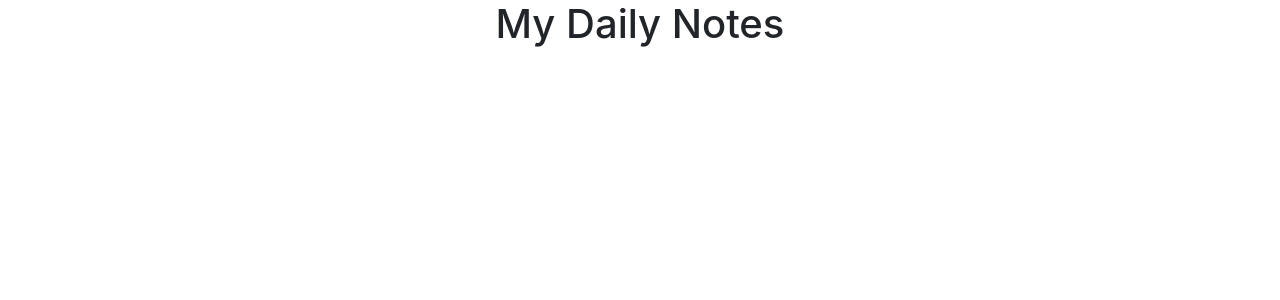
Repository: alphacode77/DailyNotes-react
Page: /about
An editor plug-in stored every save of this project. The page is shown before and after the next save, followed by the edit.
The browser window is 1280 px wide. The pictures show the whole page.
The project was rebuilt for these pictures with package versions that can differ from the ones it lists, and the page was loaded fresh each time.

Above is the page before, as saved 2023-02-21 16:27:25.

### src/App.js

import './App.css';

function App() {
  return (
    <div className="App">

      <h1>My Daily Notes</h1>
    </div>
  );
}

export default App;

### src/Navbar.js
import React, { Component } from 'react'

export default class Navbar extends Component {
  render() {
    return (
     <>
     <nav className="navbar navbar-expand-lg bg-body-tertiary">
  <div className="container-fluid">
    <a className="navbar-brand" href="#">Navbar</a>
    <button className="navbar-toggler" type="button" data-bs-toggle="collapse" data-bs-target="#navbarSupportedContent" aria-controls="navbarSupportedContent" aria-expanded="false" aria-label="Toggle navigation">
      <span className="navbar-toggler-icon"></span>
    </button>
    <div className="collapse navbar-collapse" id="navbarSupportedContent">
      <ul className="navbar-nav me-auto mb-2 mb-lg-0">
        <li className="nav-item">
          <a className="nav-link active" aria-current="page" href="#">Home</a>
        </li>
        <li className="nav-item">
          <a className="nav-link" href="#">Link</a>
        </li>
        <li className="nav-item dropdown">
          <a className="nav-link dropdown-toggle" href="#" role="button" data-bs-toggle="dropdown" aria-expanded="false">
            Dropdown
          </a>
          <ul className="dropdown-menu">
            <li><a className="dropdown-item" href="#">Action</a></li>
            <li><a className="dropdown-item" href="#">Another action</a></li>
            <li><hr className="dropdown-divider"/></li>
            <li><a className="dropdown-item" href="#">Something else here</a></li>
          </ul>
        </li>
        <li className="nav-item">
          <a className="nav-link disabled">Disabled</a>
        </li>
      </ul>
      <form className="d-flex" role="search">
        <input className="form-control me-2" type="search" placeholder="Search" aria-label="Search"/>
        <button className="btn btn-outline-success" type="submit">Search</button>
      </form>
    </div>
  </div>
</nav>
     </>
    )
  }
}

Loaded but not shown: public/index.html (common file); src/index.js (common file); src/index.css (common file); src/App.css (common file)

After the next save:
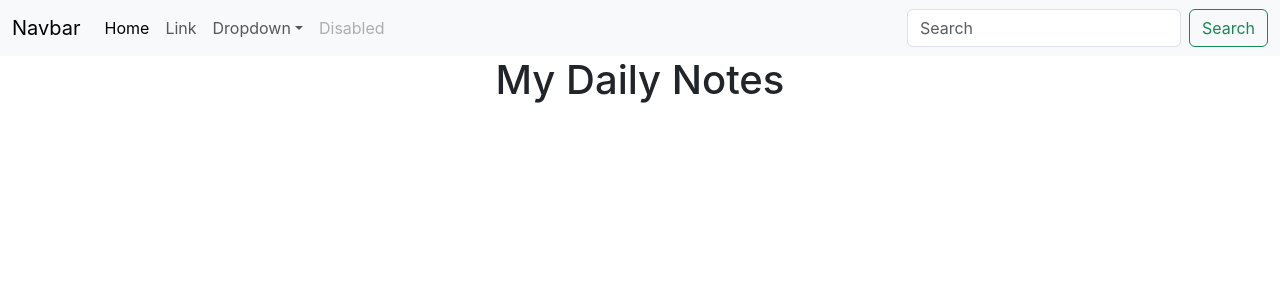
Saved 24 s later.
--- a/src/App.js
+++ b/src/App.js
@@ -1,10 +1,11 @@
 
 import './App.css';
+import Navbar from './Navbar';
 
 function App() {
   return (
     <div className="App">
-
+      <Navbar/>
       <h1>My Daily Notes</h1>
     </div>
   );
